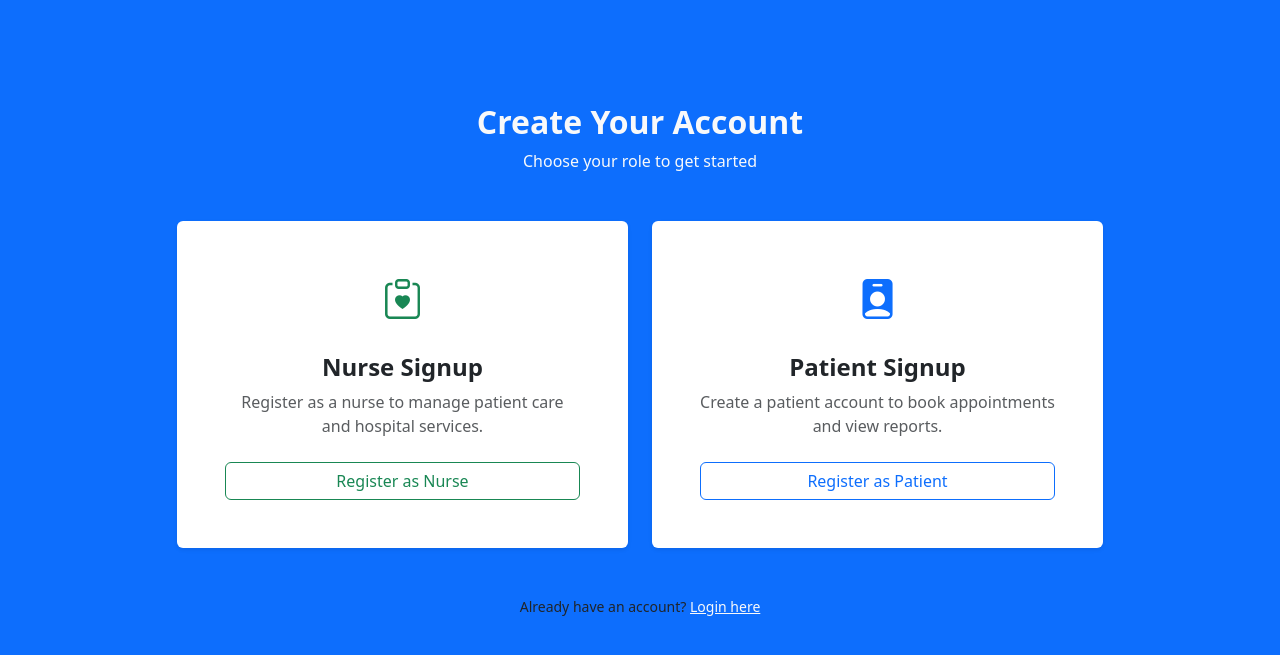
Repository: Rajasekaran0415/LifeCare-Management-System
Page: Project/signup.html
An editor plug-in stored every save of this project. The page is shown before and after the next save, followed by the edit.
The browser window is 1280 px wide. The pictures show the whole page.

Above is the page before, as saved 2025-12-26 21:43:20.

### Project/signup.html
<!DOCTYPE html>
<html lang="en">
<head>
  <meta charset="UTF-8">
  <title>Signup Selection</title>

  <!-- Bootstrap CSS -->
  <link href="https://cdn.jsdelivr.net/npm/bootstrap@5.3.3/dist/css/bootstrap.min.css" rel="stylesheet">

  <!-- Bootstrap Icons -->
  <link href="https://cdn.jsdelivr.net/npm/bootstrap-icons/font/bootstrap-icons.css" rel="stylesheet">
</head>

<body class="bg-primary d-flex align-items-center" style="min-height:100vh;">

  <div class="container">

    <!-- Header -->
    <div class="text-center mb-5">
      <h2 class="fw-bold text-light">Create Your Account</h2>
      <p class="text-light">Choose your role to get started</p>
    </div>

    <!-- Signup Cards -->
    <div class="row justify-content-center g-4">

      <!-- Nurse Signup -->
      <div class="col-md-5">
        <div class="card border-0 shadow-sm h-100">
          <div class="card-body text-center p-5">

            <div class="mb-4 text-success">
              <i class="bi bi-clipboard-heart fs-1"></i>
            </div>

            <h4 class="fw-bold">Nurse Signup</h4>
            <p class="text-muted mb-4">
              Register as a nurse to manage patient care and hospital services.
            </p>

            <a href="nursesignup.html" class="btn btn-outline-success w-100">
              Register as Nurse
            </a>

          </div>
        </div>
      </div>

      <!-- Patient Signup -->
      <div class="col-md-5">
        <div class="card border-0 shadow-sm h-100">
          <div class="card-body text-center p-5">

            <div class="mb-4 text-primary">
              <i class="bi bi-person-badge-fill fs-1"></i>
            </div>

            <h4 class="fw-bold">Patient Signup</h4>
            <p class="text-muted mb-4">
              Create a patient account to book appointments and view reports.
            </p>

            <a href="patientsignup.html" class="btn btn-outline-primary w-100">
              Register as Patient
            </a>

          </div>
        </div>
      </div>

    </div>

    <div class="text-center mt-5 text-dark small">
      Already have an account?
      <a href="login.html" class="text-light">Login here</a>
    </div>

  </div>

</body>
</html>

After the next save:
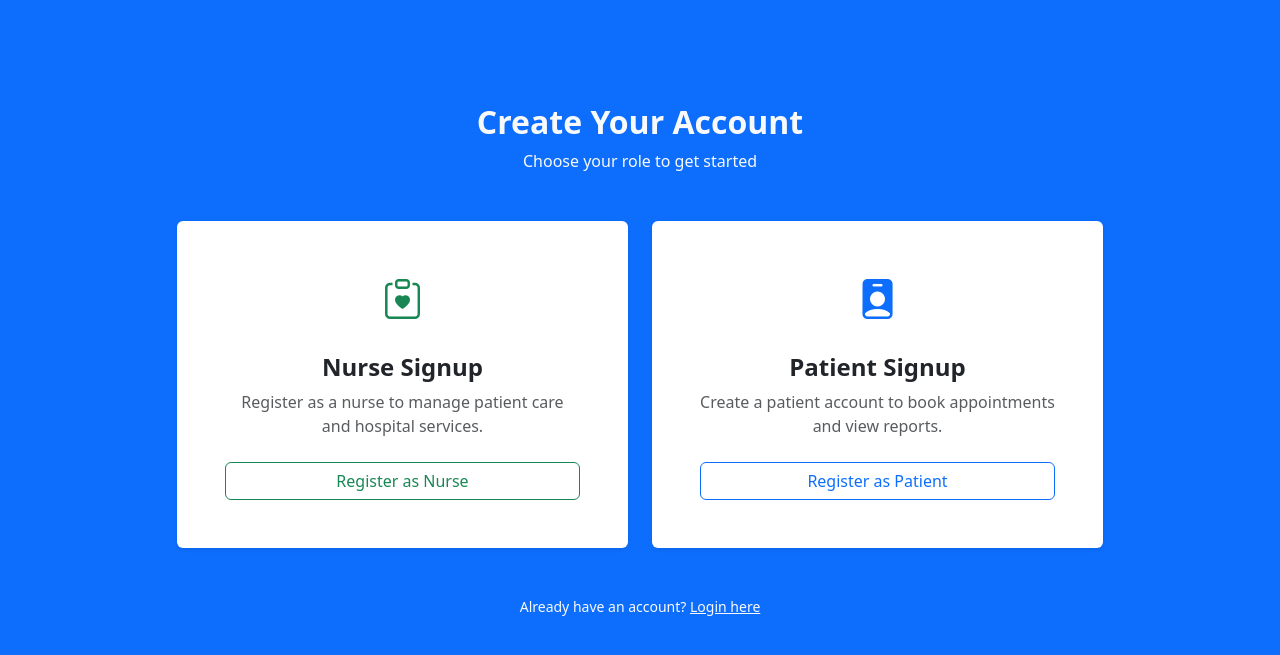
Saved 11 s later.
--- a/Project/signup.html
+++ b/Project/signup.html
@@ -70,7 +70,7 @@
 
     </div>
 
-    <div class="text-center mt-5 text-dark small">
+    <div class="text-center mt-5 text-light small">
       Already have an account?
       <a href="login.html" class="text-light">Login here</a>
     </div>
